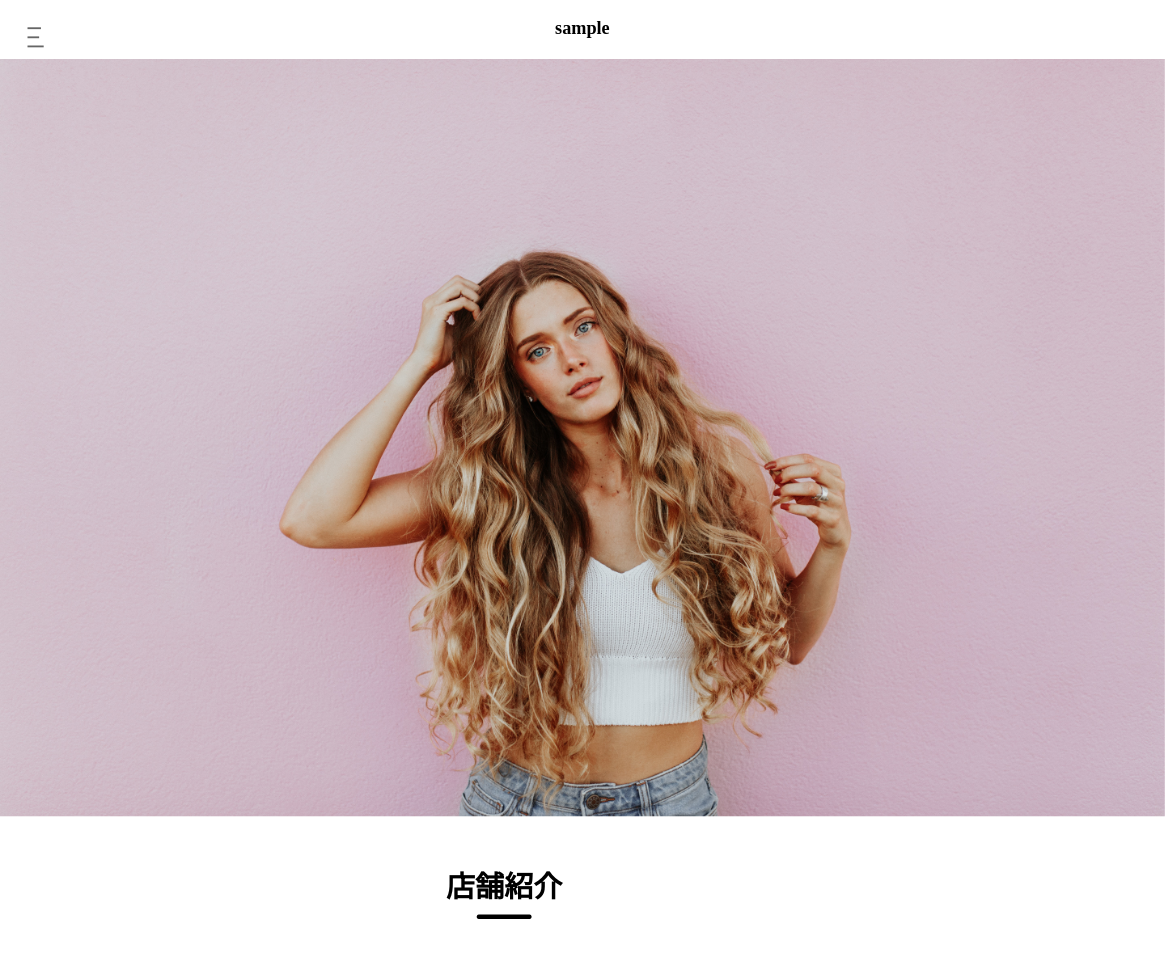
Repository: hayashikazuki/side_job_tenp_hayashi
Page: salon-tenp/profile.html
The author's editor kept a record of every edit. The page is drawn from the files as they stood at one moment, then again after the next edit.
The browser window is 1280 px wide. The pictures show the whole page, at 91% of full size.
Some web libraries are served in a nearby version.

Above is the page before.

After the next edit:
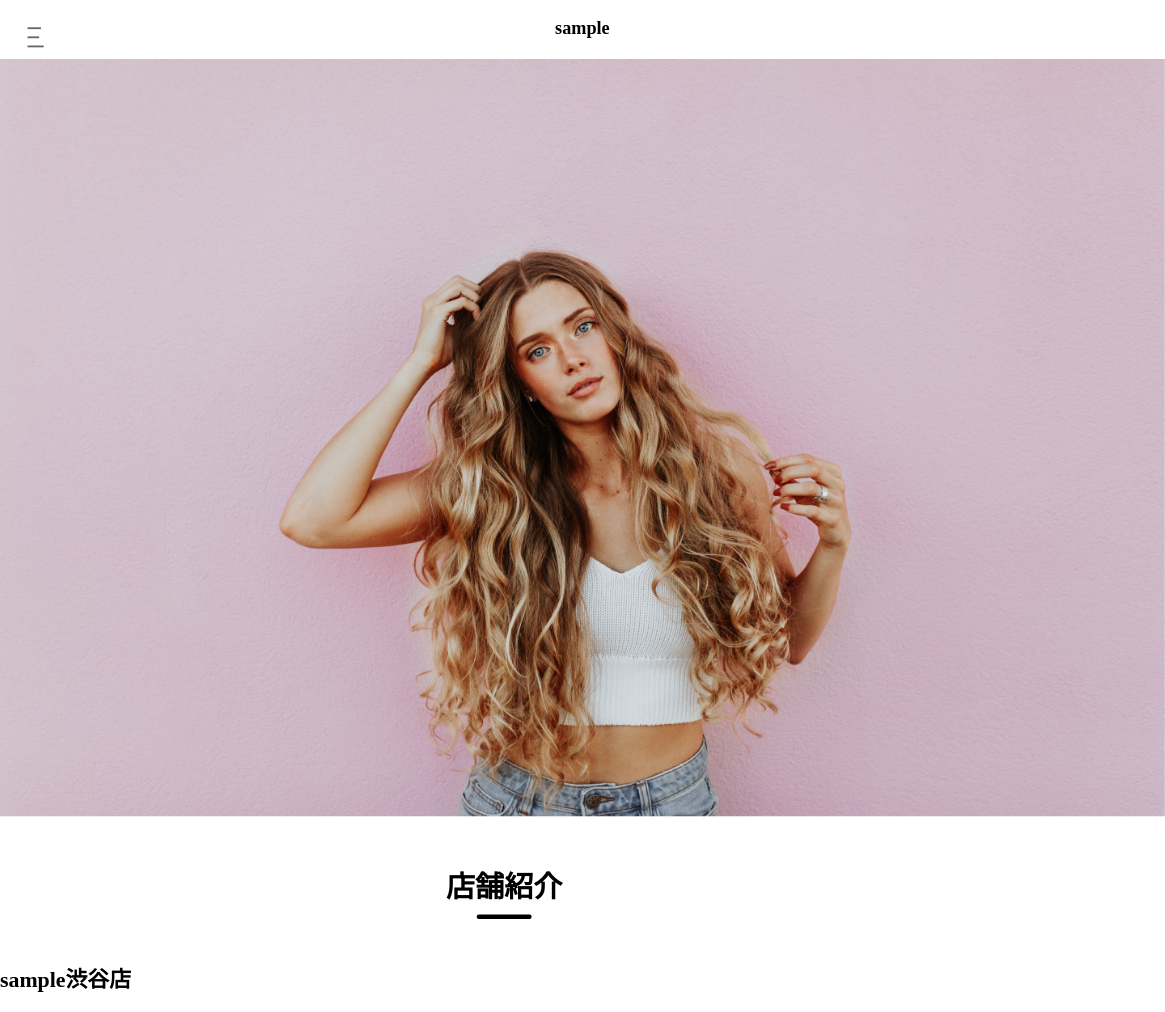
The edit:
--- a/salon-tenp/profile.html
+++ b/salon-tenp/profile.html
@@ -48,6 +48,8 @@
         </div>
 
         <section class="shop-info">
+            <h1>sample渋谷店</h1>
+            <p></p>
             <div class="shop">
                 <div class="shop-img">
 
